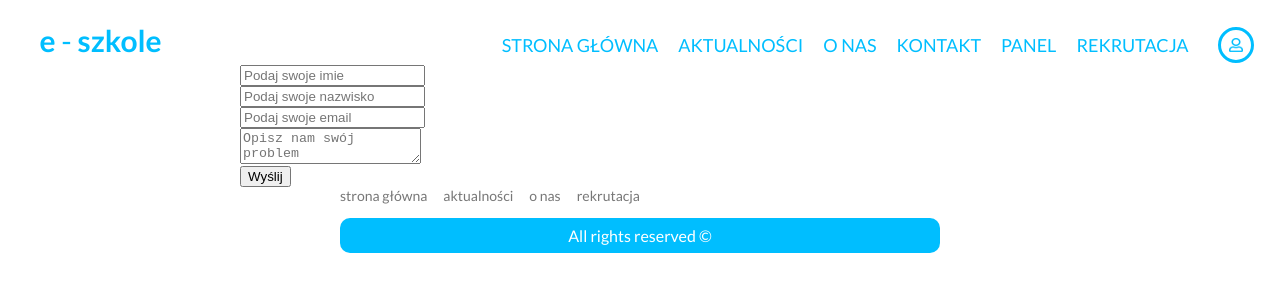
Repository: Votex874/e-szkole
Page: /kontakt (app in app/)
The author's editor kept a copy of each file at every save. The page is drawn from the files as they stood at one save, then again after the next save.
The browser window is 1280 px wide. The pictures show the whole page.
The project was rebuilt for these pictures with package versions that can differ from the ones it lists, and the page was loaded fresh each time. Also part of the build but not shown: app/src/components/News/Title/index.js, app/src/components/News/Content/index.js, app/src/components/News/Avatar/index.js, app/src/components/News/Footer/index.js, app/src/components/SectionTitle/index.js, app/src/components/News/index.js, app/src/components/AboutUs/Content/index.js, app/src/components/AboutUs/index.js and 21 more.

Above is the page before, as saved 2019-03-11 09:43:54.

### app/src/index.js
import React from 'react';
import ReactDOM from 'react-dom';
import App from './App';
import * as serviceWorker from './serviceWorker';
import { createStore } from 'redux';
import { Provider } from 'react-redux';
import rootReducer from './reducers/rootReducer'

const store = createStore(rootReducer);

ReactDOM.render(<Provider store={store}><App /></Provider>, document.getElementById('root'));

// If you want your app to work offline and load faster, you can change
// unregister() to register() below. Note this comes with some pitfalls.
// Learn more about service workers: http://bit.ly/CRA-PWA
serviceWorker.unregister();

### app/src/App.js
import React, { Component } from 'react';
import { Route, BrowserRouter, Switch } from 'react-router-dom'
import './reset.scss'

import Home from './containers/Home/index'
import Login from './containers/Login/index'
import Contact from './containers/Contact/index'
import News from './containers/News/index'
import About from './containers/About/index'
import Recruitment from './containers/Recruitment/index'

class App extends Component {
  render() {
    return (
      <BrowserRouter>
        <Switch>
          <Route exact path='/' component={Home} />
          <Route path='/login' component={Login} />
          <Route path='/kontakt' component={Contact} />
          <Route path='/blog' component={News} />
          <Route path='/o-nas' component={About} />
          <Route path='/rekrutacja' component={Recruitment} />
        </Switch>
      </BrowserRouter>
    );
  }
}

export default App;

### app/src/reset.scss
html, body, div, span, applet, object, iframe,
h1, h2, h3, h4, h5, h6, p, blockquote, pre,
a, abbr, acronym, address, big, cite, code,
del, dfn, em, img, ins, kbd, q, s, samp,
small, strike, strong, sub, sup, tt, var,
b, u, i, center,
dl, dt, dd, ol, ul, li,
fieldset, form, label, legend,
table, caption, tbody, tfoot, thead, tr, th, td,
article, aside, canvas, details, embed,
figure, figcaption, footer, header, hgroup,
menu, nav, output, ruby, section, summary,
time, mark, audio, video {
	margin: 0;
	padding: 0;
	border: 0;
	font-size: 100%;
	font: inherit;
	vertical-align: baseline;
}
/* HTML5 display-role reset for older browsers */
article, aside, details, figcaption, figure,
footer, header, hgroup, menu, nav, section {
	display: block;
}
body {
	line-height: 1;
}
ol, ul {
	list-style: none;
}
blockquote, q {
	quotes: none;
}
blockquote:before, blockquote:after,
q:before, q:after {
	content: '';
	content: none;
}
table {
	border-collapse: collapse;
	border-spacing: 0;
}
@import url('https://fonts.googleapis.com/css?family=Lato:300,300i,400,400i,700&amp;subset=latin-ext');

 body {
	font-family: 'Lato', sans-serif;
 }

 a{
	 text-decoration: none;
 }

### app/src/containers/Contact/index.js
import React, { Component } from 'react'

import HeaderMain from '../../components/HeaderMain/index';
import Footer from '../../components/Footer/index'
import Form from '../../components/Form/index'

class Contact extends Component {
  render(){
    return (
      <React.Fragment>
        <HeaderMain />
        <Form />
        <Footer />
      </React.Fragment>
    )
  }
}

export default Contact

### app/src/components/HeaderMain/index.js
import React, { Component } from 'react';
import styled from 'styled-components'
import Logo from '../Logo/index'
import Navigation from '../Nav/index'
import Hamburger from '../Hamburger/index'

const Header = styled.header`
 max-width: 1400px;
 height: 100px;
 margin: 0 auto;
 display: flex;
 justify-content: space-between;
 align-items: center;
 box-sizing: border-box;
 margin-top: 15px;
 @media (max-width: 1400px){
   width: 96%;
   height: 50px;
   align-items: center;
 }
`

class HeaderMain extends Component {
  constructor(props){
    super(props)

    this.state = {
      width: 0
    }
  }

  componentDidMount = () => {
    this.updateWindowDimensions();
    window.addEventListener('resize', this.updateWindowDimensions);
  }

  componentWillUnmount = () => {
    window.removeEventListener('resize', this.updateWindowDimensions);
  }

  updateWindowDimensions = () => {
    this.setState({ width: window.innerWidth });
  }

  render() {
    const { width } = this.state;
    return (
      <Header>
        <Logo />
        { width <= 767 ? <Hamburger /> : <Navigation /> }
      </Header>
    );
  }
}

export default HeaderMain;

### app/src/components/Footer/index.js
import React, { Component } from 'react'
import styled from 'styled-components'
import FooterNav from './FooterNav/index'
import { lightBlue } from '../../constColors'

const FooterContainer = styled.footer`
  width: 600px;
  margin: 0 auto;
  @media (max-width: 767px){
    width: 100%;
  }
`

const FooterBanner = styled.div`
  background-color: ${lightBlue};
  display: flex;
  justify-content: center;
  align-items: center;
  color: #fff;
  margin: 15px auto;
  height: 35px;
  border-radius: 10px;
  @media (max-width: 767px){
    width: 100%;
    border-radius: 0;
  }
`

class Footer extends Component {
  render(){
    return (
      <FooterContainer>
        <FooterNav />
        <FooterBanner>All rights reserved &copy; </FooterBanner>
      </FooterContainer>
    )
  }
}


export default Footer

### app/src/components/Form/index.js
import React, { Component } from 'react'
import styled from 'styled-components'

import Input from './Input/index'
import Textarea from './Textarea/index'

const FormContainer = styled.form`
  display: flex;
  flex-direction: column;
  width: 800px;
  margin: 0 auto;
`

class Form extends Component{
  constructor(props){
    super(props)

    this.state = {
      name: '',
      surname: '',
      email: '',
      content: '',
      formFields: [
        {
          name: 'name',
          type: 'text',
          value: '',
          placeholder: 'Podaj swoje imie',
          onChange: this.handleChangeName
        },
        {
          name: 'surname',
          type: 'text',
          value: '',
          placeholder: 'Podaj swoje nazwisko',
          onChange: this.handleChangeSurName
        },
        {
          name: 'email',
          type: 'email',
          value: '',
          placeholder: 'Podaj swój email',
          onChange: this.handleChangeEmail
        }
      ]
    }
  }

  handleChange = e => {
    this.setState({ [e.target.name]: e.target.value })
  }

  render(){
    const { name, surname, email, content } = this.state
    return (
      <FormContainer>
        <Input name="name" type="text" placeholder='Podaj swoje imie'
          onChange={this.handleChange}
          value={name} />
        <Input name="surname" type="text" placeholder='Podaj swoje nazwisko'
          onChange={this.handleChange}
          value={surname} />
        <Input name="email" type="email" placeholder='Podaj swoje email'
          onChange={this.handleChange}
          value={email} />
        <Textarea name="content" placeholder="Opisz nam swój problem"
          onChange={this.handleChange}
          value={content} />
        <Input type="submit" value="Wyślij" />
      </FormContainer>
    )
  }
}

export default Form

### app/src/components/Logo/index.js
import React, { Component } from 'react';
import styled from 'styled-components'
import { shineOnHover, lightBlue } from '../../constColors'
import { Link } from 'react-router-dom'

const Alink = styled.span`
  display: flex;
  flex-direction: column;
  justify-content: center;
  align-items: center;
  width: 225px;
  padding: 0 10px;
  text-decoration: none;
  font-size: 50px;
  @media (max-width: 767px) {
    width: 150px;
    height: auto;
    font-size: 28px;
    align-items: flex-start;
    justify-content: flex-start;
    padding: 0;
  }
  @media (min-width: 768px) and (max-width: 1400px) {
    width: 150px;
    font-size: 30px;
    padding: 0;
  }
  @media (min-width: 1401px){
    ${shineOnHover}
  }
`
const Span = styled.h1`
  color: ${lightBlue};
  transition: .2s;
`
const Bold = styled.b`
  font-weight: bold;
`

class Logo extends Component {
  constructor(props){
    super(props)

    this.state = {
      logoLink: '/'
    }
  }
  render() {
    const { logoLink } = this.state;
    return (
      <Link to={logoLink}>
        <Alink>
          <Span id='logo' className="logo2"><Bold>e</Bold> - <Bold>szkole</Bold></Span>
        </Alink>
      </Link>
    );
  }
}

export default Logo;

### app/src/components/Nav/index.js
import React, { Component } from 'react';
import { connect } from 'react-redux'
import styled from 'styled-components'
import SingleLink from './Link/index'
import LoginButton from './../LoginButton/index';


const Nav = styled.nav`
  display: flex;
  margin: 10px 20px 0 auto;
  @media (max-width: 767px){
    flex-direction: column;
    margin: 120px 0 0 0;
  }
`

class Navigation extends Component {

  render() {
    const { links } = this.props;
    let listOfLinks = [];
    let i = 0;
    for (const key of Object.keys(links)) {
      // console.log(key, links[key]);
      listOfLinks[i] = <SingleLink data={links[key]} key={key} />
      i++;
    }
    return (
      <React.Fragment>
        <Nav>
          {listOfLinks}
        </Nav>
        <LoginButton />
      </React.Fragment>
    );
  }
}

const mapStateToProps = (state) => {
  return {
    links: state.links
  }
}

export default connect(mapStateToProps)(Navigation);

### app/src/components/Hamburger/index.js
import React, { Component } from 'react';
import styled from 'styled-components'
import hamburgerImg from '../../images/icons/hamburger.png'
import times from '../../images/icons/times.png'
import Navigation from '../Nav/index'

const Hamburger = styled.div`
  width: 40px;
  height: 40px;
`

const HamburgerImg = styled.img`
  width: 100%;
  height: 100%;
  opacity: 1;
  transition: .4s;
  position: relative;
  z-index: 10;
`

const MobileContainer = styled.div`
  position: absolute;
  display: flex;
  flex-direction: column-reverse;
  top: 0;
  left: 0;
  width: 100vw;
  height: 100vh;
  background-color: #fff;
  opacity: .9;
  z-index: 1;
  transition: .3s;
`

class Hambuger extends Component {
  constructor(props){
    super(props)

    this.body = document.querySelector('body');

    this.state = {
      imgAlt: 'hamburgerMenuIcon',
      imgSrc: hamburgerImg,
      fade: 1,
      displayMobile: 'none'
    }
  }

  handleHamburger = () => {
    const { imgSrc } = this.state;
    setTimeout( () => {
      if (imgSrc !== hamburgerImg) {
        this.body.style.overflow = "auto";
        this.setState({
          imgSrc: hamburgerImg,
          displayMobile: 'none',
          fade: 1
        })
      } else {
        this.body.style.overflow = "hidden";
        this.setState({
          imgSrc: times,
          displayMobile: 'block',
          fade: 1
        })
      }
    }, 400)
    this.setState({
      fade: 0
    })
  }

  render() {
    const { imgAlt, imgSrc, fade, displayMobile } = this.state
    return (
      <Hamburger>
        <HamburgerImg style={{opacity: fade}} src={imgSrc} alt={imgAlt} onClick={this.handleHamburger}/>
        <MobileContainer style={{display: displayMobile}}>
          <Navigation />
        </MobileContainer>
      </Hamburger>
    );
  }
}


export default Hambuger;

### app/src/components/Footer/FooterNav/index.js
import React, { Component } from 'react'
import styled from 'styled-components'
import NavLink from './NavLink/index'
import { connect } from 'react-redux'

const NavContainer = styled.nav`
  display: flex;
  justify-content: space-between;
  width: 50%;
  @media (max-width: 767px){
    width: 90%;
    margin: 0 auto;
  }
`

class FooterNav extends Component {
  constructor(props){
    super(props)

    this.state = {
      nav: []
    }
  }
  componentDidMount = () => {
    const { links } = this.props
    let listOfNavs = [];
    let i = 0;
    for (const key of Object.keys(links)) {
      if(links[key].basic === 'true'){
        listOfNavs[i] =
          <NavLink name={links[key].name} url={links[key].url} key={key} />
        i++;
      }
    }
    this.setState({
      nav: listOfNavs
    })
  }

  render(){
    const { nav } = this.state;
    return(
      <NavContainer>
        {nav}
      </NavContainer>
    )
  }
}

const mapStateToProps = (state) => {
  return {
    links: state.links
  }
}

export default connect(mapStateToProps)(FooterNav);

### app/src/constColors.js
const brown = '#BF5000';
const greenDark = '#008723';
const greenLight = '#34BD56';
const lightBlue = '#00BEFF';
const turquoise = '#fff';
const darkBlue = '#0057AE';

const shineOnHover = `
position: relative;
    overflow: hidden;
    display: inline-block;
    border-radius: 5px;
    text-align: center;
    line-height: 50px;

  &:after {
    content: "";
    position: absolute;
    top: -110%;
    left: -210%;
    width: 200%;
    height: 200%;
    opacity: 0;
    /* transform: rotate(30deg); */

    background: rgba(0, 190, 255, 0.13);
    background: linear-gradient(
      to right,
      rgba(0, 190, 255, 0.13) 0%,
      rgba(0, 190, 255, 0.13) 77%,
      rgba(0, 190, 255, 0.5) 92%,
      rgba(0, 190, 255, 0.0) 100%
    );
  }

  &:hover:after {
    opacity: 1;
    top: -30%;
    left: -30%;
    transition-property: left, top, opacity;
    transition-duration: 0.7s, 0.7s, 0.15s;
    transition-timing-function: ease;
  }


  &:active:after {
    opacity: 0;
  }
`

export { brown, greenLight, greenDark, lightBlue, shineOnHover, turquoise, darkBlue }

### app/src/components/Form/Input/index.js
import React, { Component } from 'react'
import styled from 'styled-components'

const LabelElement = styled.label`

`

const InputElement = styled.input`

`

class Input extends Component {
  render() {
    const { type, name, value, placeholder, onChange } = this.props
    return (
      <LabelElement>
        <InputElement type={type} name={name} onChange={onChange} value={value} placeholder={placeholder} />
      </LabelElement>
    )
  }
}

export default Input

### app/src/components/Form/Textarea/index.js
import React, { Component } from 'react'
import styled from 'styled-components'

const LabelElement = styled.label`

`

const TextareaElement = styled.textarea`

`

class Textarea extends Component {
  render() {
    const { name, value, placeholder, onChange } = this.props
    return (
      <LabelElement>
        <TextareaElement name={name} onChange={onChange} value={value} placeholder={placeholder} />
      </LabelElement>
    )
  }
}

export default Textarea

### app/src/components/Nav/Link/index.js
import React from 'react';
import styled from 'styled-components'
import { shineOnHover, lightBlue } from '../../../constColors'
import { Link } from 'react-router-dom'

const Alink = styled.span`
  text-decoration: none;
  color: ${lightBlue};
  margin: 10px 0;
  padding: 0 12px;
  font-size: 20px;
  text-transform: uppercase;
  text-align: center;

  @media (max-width: 767px){
    font-size: 24px;
    display: flex;
    justify-content: center;
    align-items: center;
  }
  @media (min-width: 768px) and (max-width: 1050px){
    font-size: 14px;
    margin: 10px 0;
    padding: 4px;
  }
  @media (min-width: 1051px) and (max-width: 1400px){
    font-size: 18px;
    margin: 10px 0;
    padding: 0 10px;
  }
  @media (min-width: 1401px){
    ${shineOnHover}
}
`

const SingleLink = ({ data }) => {
  const handleClick = () => {
    document.querySelector('body').style.overflow = "auto";
  }
  return (
    <Link onClick={handleClick} to={data.url}>
      <Alink>
        {data.name}
      </Alink>
    </Link>
  )
}

export default SingleLink;

### app/src/components/LoginButton/index.js
import React, { Component } from 'react';
import styled from 'styled-components'
import imgUser from '../../images/icons/loginUser.png'
import { shineOnHover, lightBlue } from '../../constColors'
import { Link } from 'react-router-dom'

const ButtonAlink = styled.span`
  width: 160px;
  height: 30px;
  font-size: 14px;
  text-transform: uppercase;
  font-weight: bold;
  text-decoration: none;
  display: flex;
  justify-content: center;
  align-items: center;
  border-radius: 20px;
  border: 3px solid ${lightBlue};
  margin-top: 10px;
  @media (max-width: 767px){
    position: absolute;
    top: 15px;
    left: 10px;
    width: 220px;
    height: 40px;
    font-size: 24px;
  }
  @media (min-width: 768px) and (max-width: 1400px){
    width: 30px;
  }
  @media (min-width: 1401px){
    ${shineOnHover}
    border-radius: 20px;
    line-height: normal;
    display: flex;
  }
`

const IconImg = styled.img`
  background-position: center;
  background-size: cover;
  background-repeat: no-repeat;
  margin-left: 15px;
  width: 14px;
  height: 14px;
  @media (max-width: 767px){
    width: 26px;
    height: 26px;
  }
  @media (min-width: 768px) and (max-width: 1400px){
    margin-left: 0;
  }
`
const SpanText = styled.span`
  color: ${lightBlue};
  @media (min-width: 768px) and (max-width: 1400px){
    display: none;
  }
`

class LoginButton extends Component {
  constructor(props){
    super(props)

    this.state = {
      loginLink: '/login'
    }
  }

  handleEnableScroll = () => {
    document.querySelector('body').style.overflow = "auto";
  }

  render() {
    const { loginLink } = this.state;
    return (
      <Link onClick={this.handleEnableScroll} to={loginLink} >
        <ButtonAlink>
          <SpanText>zaloguj się</SpanText>
          <IconImg src={imgUser} />
        </ButtonAlink>
      </Link>
    );
  }
}

export default LoginButton;

### app/src/components/Footer/FooterNav/NavLink/index.js
import React from 'react'
import styled from 'styled-components'
import { Link } from 'react-router-dom'

const Alink = styled.span`
  text-decoration: none;
  font-size: 14px;
  color: #777;
  @media (max-width: 767px){
    font-size: 12px;
  }
  @media (min-width: 768px) and (max-width: 1400px){
    font-size: 14px;
  }
`


const NavLink = ({ name, url }) => {
  return (
    <Link to={url}>
      <Alink>{name}</Alink>
    </Link>
  )
}

export default NavLink

Loaded but not shown: app/public/index.html (common file); app/src/serviceWorker.js (common file); app/src/reducers/rootReducer.js (169 lines, source omitted)

After the next save:
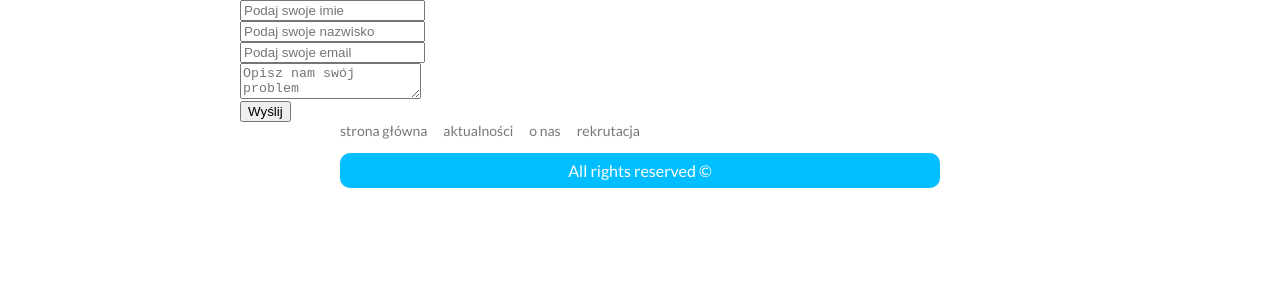
Saved 2 min 33 s later.
--- a/app/src/containers/Contact/index.js
+++ b/app/src/containers/Contact/index.js
@@ -8,7 +8,6 @@
   render(){
     return (
       <React.Fragment>
-        <HeaderMain />
         <Form />
         <Footer />
       </React.Fragment>

After the save that followed:
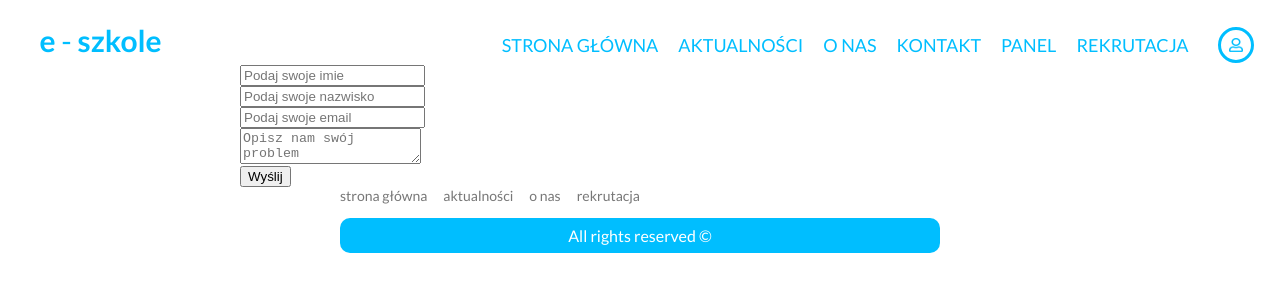
Saved 4 s later.
--- a/app/src/containers/Contact/index.js
+++ b/app/src/containers/Contact/index.js
@@ -8,6 +8,7 @@
   render(){
     return (
       <React.Fragment>
+        <HeaderMain />
         <Form />
         <Footer />
       </React.Fragment>
